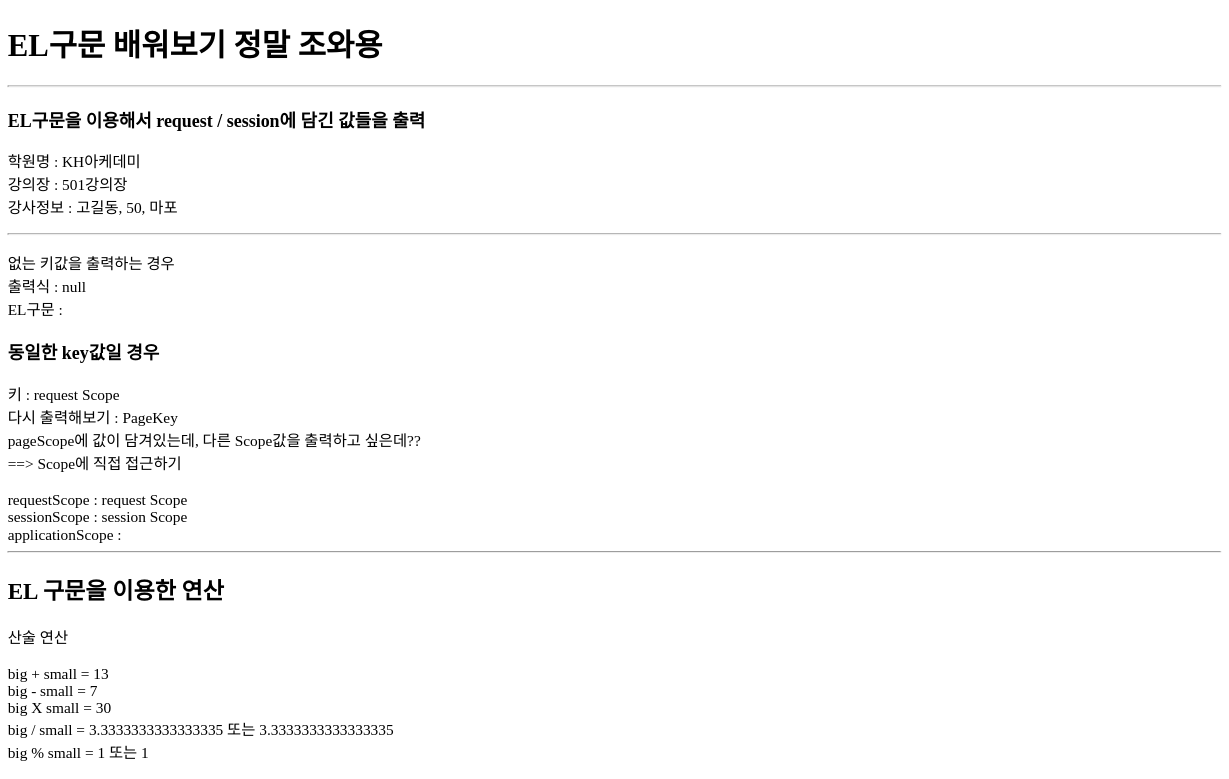
Repository: ghksl0204-shapa/dynamic-web
Page: http://localhost/ActionProject/el.do
These files come from the project's save history. The page is drawn as it stood at one moment and after the next save; the edit follows.
The browser window is 1280 px wide. The pictures show the whole page, at 96% of full size.
The page is served by Tomcat 9.

Above is the page before, as saved 2026-05-06 06:27:15.

After the next save:
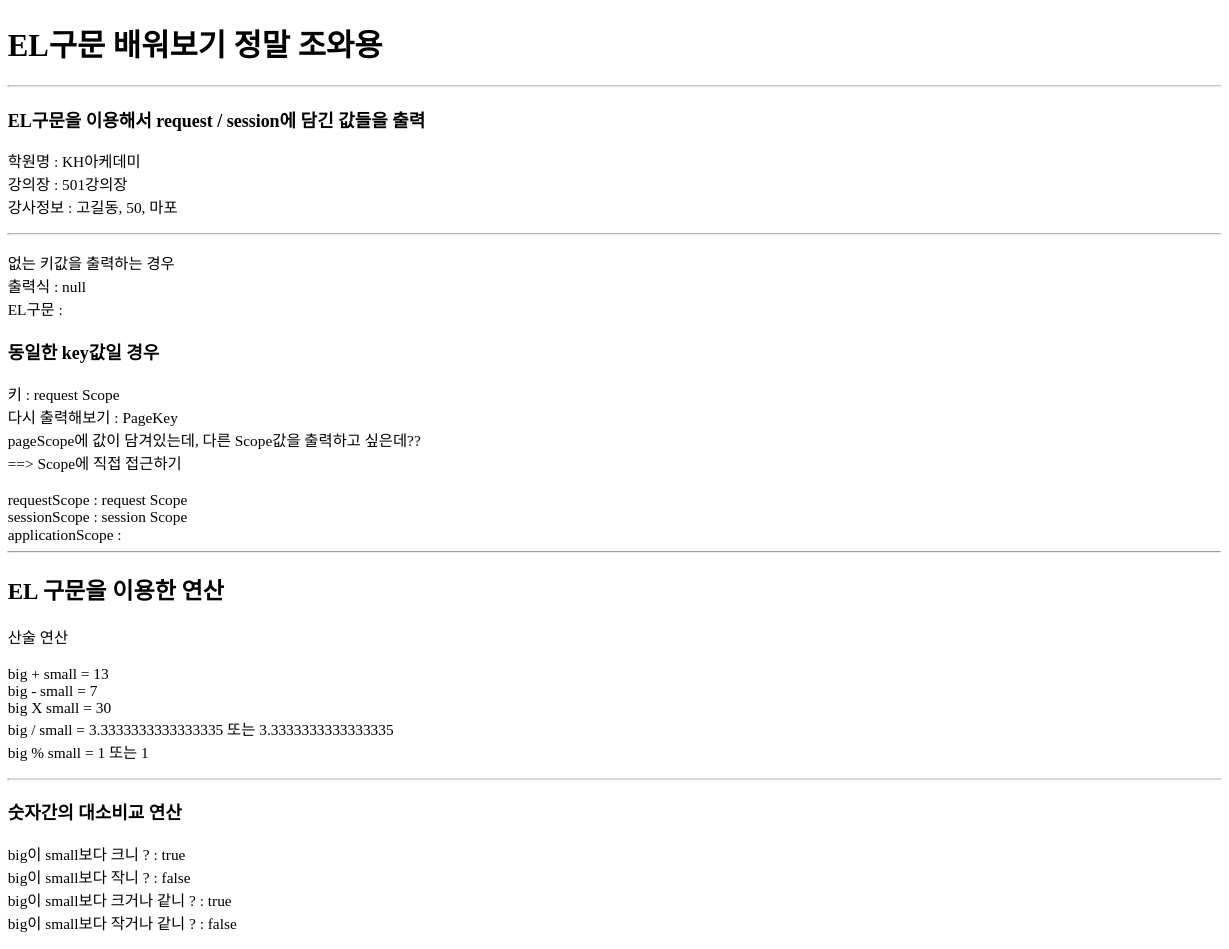
Saved 3 min 35 s later.
--- a/ActionProject/src/main/webapp/WEB-INF/views/01_el.jsp
+++ b/ActionProject/src/main/webapp/WEB-INF/views/01_el.jsp
@@ -102,6 +102,17 @@
 	 	big % small = ${ big % small } 또는 ${ big mod small }<br>
 	 </p>
 
+	 <hr>
+
+	 <h3>숫자간의 대소비교 연산</h3>
+
+	 <p>
+	 	big이 small보다 크니 ? : ${ big > small } <br>
+	 	big이 small보다 작니 ? : ${ big < small } <br>
+	 	big이 small보다 크거나 같니 ? : ${ big >= small } <br>
+	 	big이 small보다 작거나 같니 ? : ${ big <= small } <br>
+	 </p>
+
 
 
 
